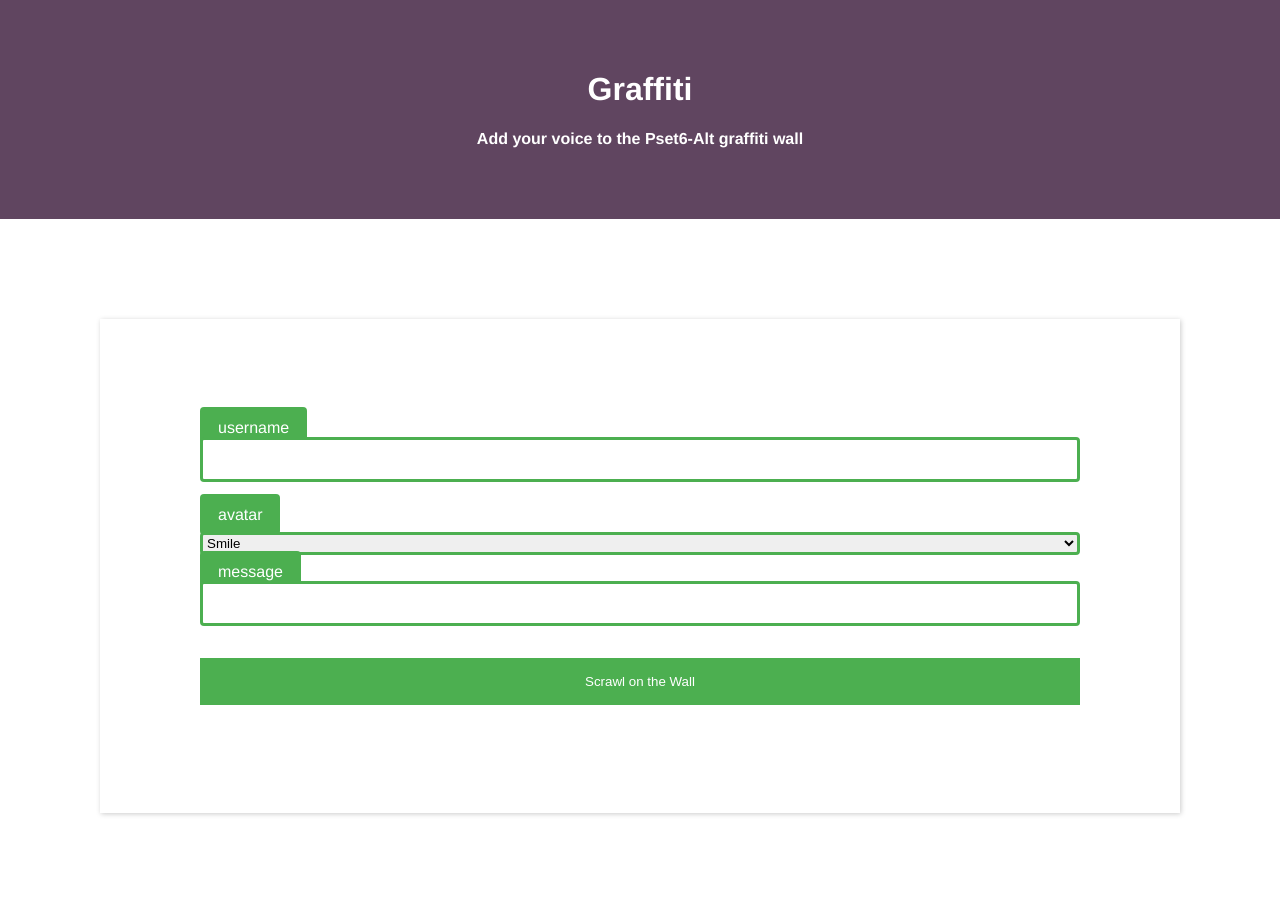
Repository: egniebauer/cs50x-LaunchCode
Page: pset-graffitiwall/graffiti.html
The author's editor kept a record of every edit. The page is drawn from the files as they stood at one moment, then again after the next edit.
The browser window is 1280 px wide. The pictures show the whole page.
Some web libraries are served in a nearby version.

Above is the page before.

After the next edit:
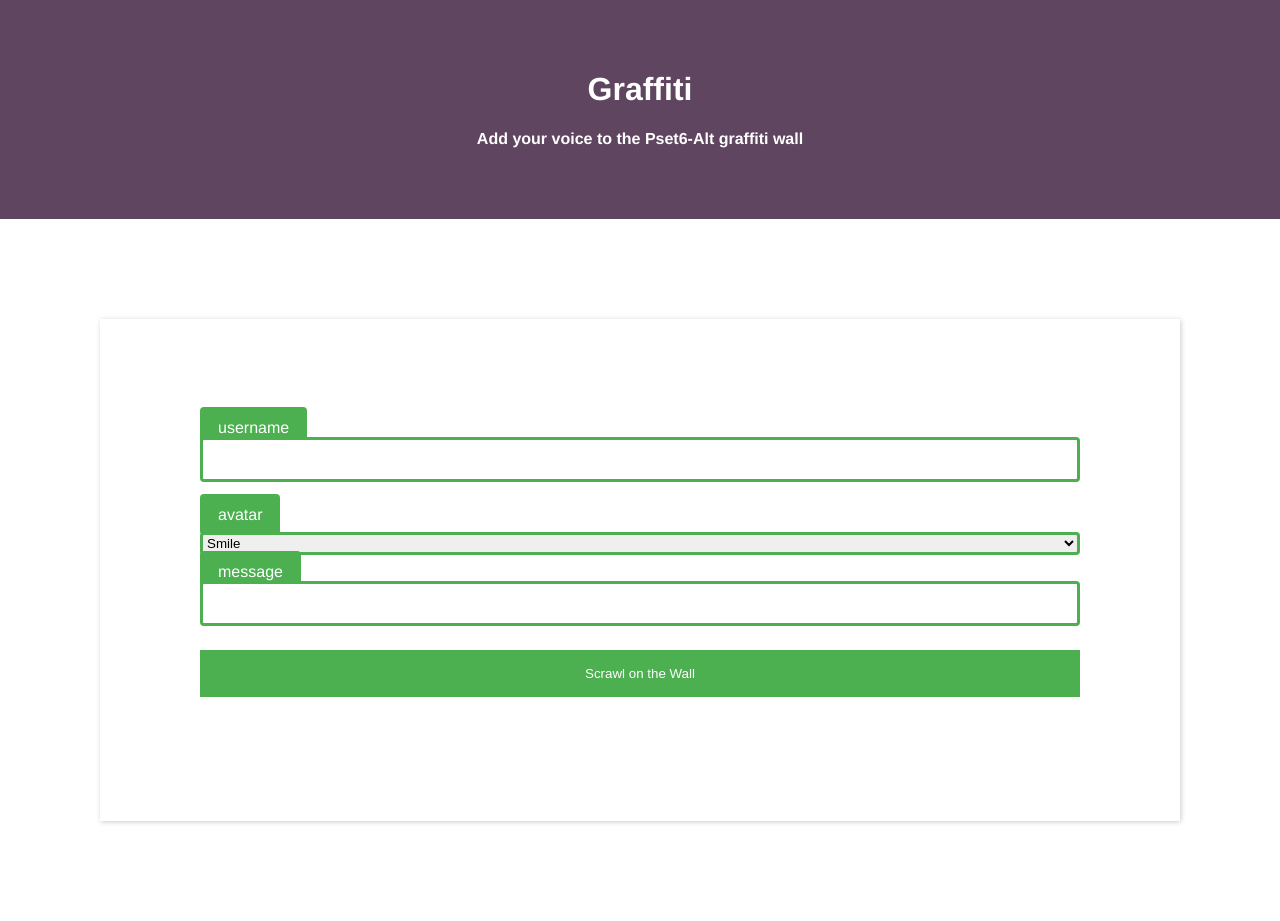
The edit:
--- a/pset-graffitiwall/styles.css
+++ b/pset-graffitiwall/styles.css
@@ -48,6 +48,10 @@
     margin: 8px 0;
     cursor: pointer;
     width: 100%;
+    margin-top: 0;
+    margin-bottom: 24px;
+    margin-right: 0;
+    margin-left: 0;
 }
 
 label {

After the 2 edits that followed:
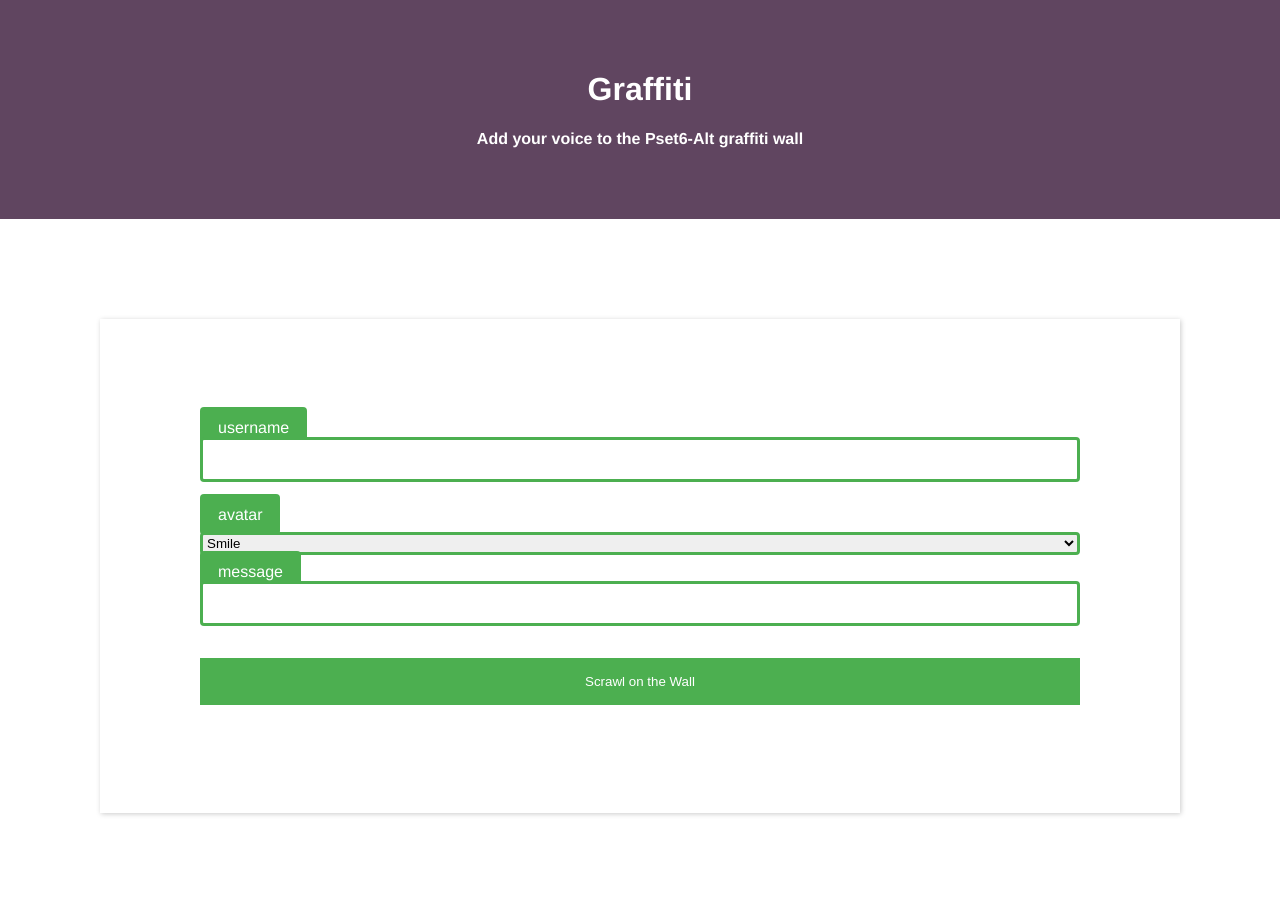
The 2 edits are shown as one change because 1 left the picture as it was.
The edit:
--- a/pset-graffitiwall/styles.css
+++ b/pset-graffitiwall/styles.css
@@ -34,7 +34,6 @@
     border: 3px solid #4CAF50;
     border-radius: 4px;
     width: 100%;
-    /*padding: 16px 20px;*/
     margin: 8px 0;
     box-sizing: border-box;
 }
@@ -48,10 +47,6 @@
     margin: 8px 0;
     cursor: pointer;
     width: 100%;
-    margin-top: 0;
-    margin-bottom: 24px;
-    margin-right: 0;
-    margin-left: 0;
 }
 
 label {
